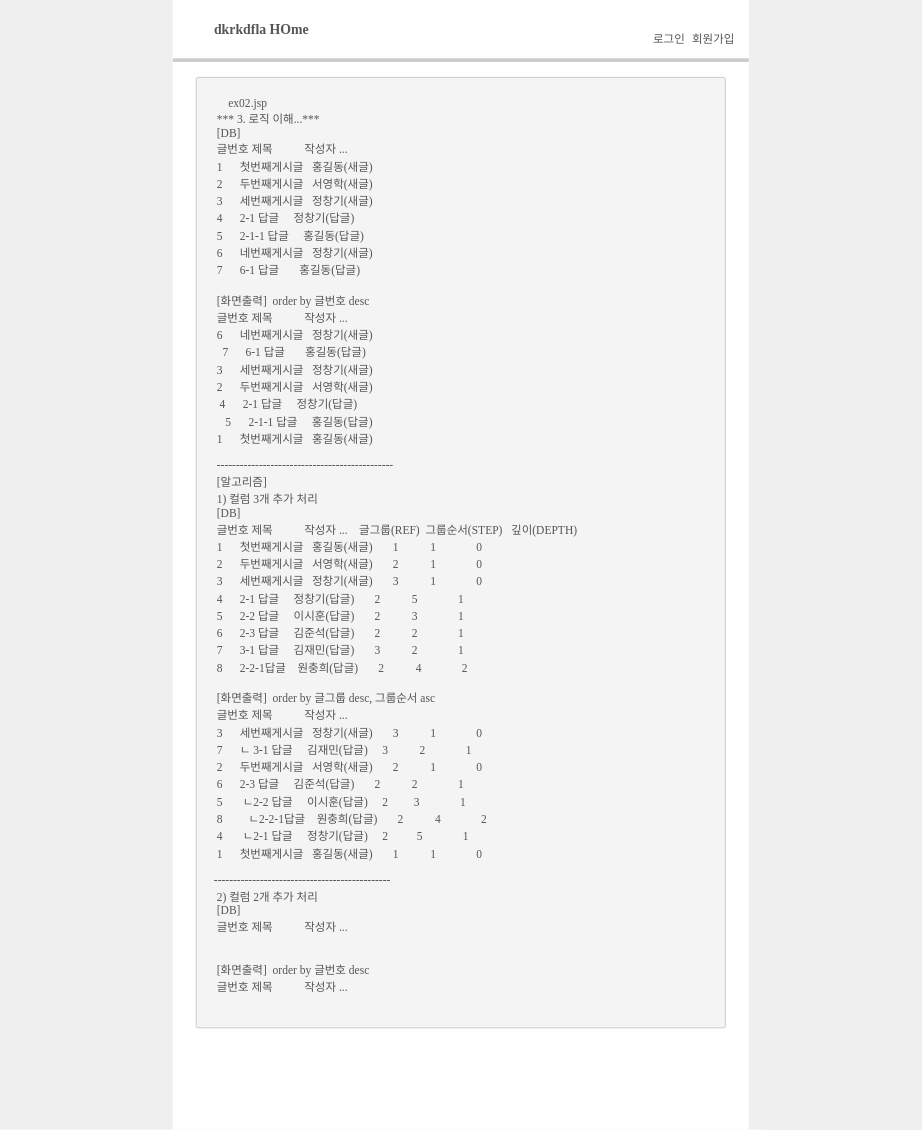
Repository: Dusajang/JSPClass
Page: http://localhost/jspPro/days11/ex02.jsp
These files come from the project's save history. The page is drawn as it stood at one moment and after the next save; the edit follows.
The browser window is 1280 px wide. The pictures show the whole page, at 72% of full size.
Some web fonts or font styles are not loaded; a fallback is used. The page is served by Tomcat 9. Other server files are loaded and not shown.

Above is the page before, as saved 2024-10-29 01:20:34.

### jspPro/src/main/webapp/days11/ex02.jsp
<%@ page contentType="text/html; charset=UTF-8" pageEncoding="UTF-8" %>
<%@ page trimDirectiveWhitespaces="true" %>
<%@ taglib prefix="c" uri="http://java.sun.com/jsp/jstl/core" %>
<!DOCTYPE html>
<html>
<head>
<meta charset="UTF-8">
<title>Insert title here</title>
<link rel="shortcut icon" type="image/x-icon" href="http://localhost/jspPro/images/SiSt.ico">
<script src="https://ajax.googleapis.com/ajax/libs/jquery/3.7.1/jquery.min.js"></script>
<meta name="viewport" content="width=device-width, initial-scale=1.0">
<link rel="stylesheet" href="http://localhost/jspPro/resources/cdn-main/example.css">
<script src="http://localhost/jspPro/resources/cdn-main/example.js"></script>
<style>
 span.material-symbols-outlined{
    vertical-align: text-bottom;
 }
</style>
</head>
<body>
<header>
  <h1 class="main"><a href="#" style="position: absolute;top:30px;">dkrkdfla HOme</a></h1>
  <ul>
    <li><a href="#">로그인</a></li>
    <li><a href="#">회원가입</a></li>
  </ul>
</header>
<div>
  <xmp class="code">
       ex02.jsp
   *** 3. 로직 이해...***
   [DB]
   글번호 제목           작성자 ...
   1      첫번째게시글   홍길동(새글)
   2      두번째게시글   서영학(새글)
   3      세번째게시글   정창기(새글)
   4      2-1 답글     정창기(답글)
   5      2-1-1 답글     홍길동(답글)
   6      네번째게시글   정창기(새글)
   7      6-1 답글       홍길동(답글)

   [화면출력]  order by 글번호 desc
   글번호 제목           작성자 ...
   6      네번째게시글   정창기(새글)
     7      6-1 답글       홍길동(답글)
   3      세번째게시글   정창기(새글)
   2      두번째게시글   서영학(새글)
    4      2-1 답글     정창기(답글)
      5      2-1-1 답글     홍길동(답글)
   1      첫번째게시글   홍길동(새글)

   ----------------------------------------------
   [알고리즘]
   1) 컬럼 3개 추가 처리
   [DB]
   글번호 제목           작성자 ...    글그룹(REF)  그룹순서(STEP)   깊이(DEPTH)
   1      첫번째게시글   홍길동(새글)       1           1              0
   2      두번째게시글   서영학(새글)       2           1              0
   3      세번째게시글   정창기(새글)       3           1              0
   4      2-1 답글     정창기(답글)       2           5              1
   5      2-2 답글     이시훈(답글)       2           3              1
   6      2-3 답글     김준석(답글)       2           2              1
   7      3-1 답글     김재민(답글)       3           2              1
   8      2-2-1답글    원충희(답글)       2           4              2

   [화면출력]  order by 글그룹 desc, 그룹순서 asc
   글번호 제목           작성자 ...
   3      세번째게시글   정창기(새글)       3           1              0
   7      ㄴ 3-1 답글     김재민(답글)     3           2              1
   2      두번째게시글   서영학(새글)       2           1              0
   6      2-3 답글     김준석(답글)       2           2              1
   5       ㄴ2-2 답글     이시훈(답글)     2         3              1
   8         ㄴ2-2-1답글    원충희(답글)       2           4              2
   4       ㄴ2-1 답글     정창기(답글)     2          5              1
   1      첫번째게시글   홍길동(새글)       1           1              0

  ----------------------------------------------
   2) 컬럼 2개 추가 처리
   [DB]
   글번호 제목           작성자 ...


   [화면출력]  order by 글번호 desc
   글번호 제목           작성자 ...

  </xmp>
</div>
</body>
</html>

### jspPro/src/main/webapp/resources/cdn-main/example.css
@charset "UTF-8";

@import url('https://fonts.googleapis.com/css2?family=Material+Symbols+Outlined:opsz,wght,FILL,GRAD@20..48,100..700,0..1,-50..200');

@font-face {
    font-family: 'GmarketSansMedium';
    src: url('https://cdn.jsdelivr.net/gh/projectnoonnu/noonfonts_2001@1.1/GmarketSansMedium.woff') format('woff');
    font-weight: normal;
    font-style: normal;
}

:root {
	--text-color: #555;
	--sub-text-color: #777;
	--back-color: #EFEFEF;
	--header-color: #444;
	--primary-color: #DEDEDE;
	--secondary-color: #EFEFEF;
	--default-width: 800px;
	--narrow-width: 500px;
	--wide-width: 1200px;
	--text-font: 'GmarketSansMedium';
	--icon-font: 'Material Symbols Outlined';
	--border-color: #CCC;
}

html, body {
	margin: 0;
	padding: 0;
}

html {
	background-color: var(--back-color);
	display: flex;
	justify-content: center;
	min-height: 100vh;
}

body, body.default {
	width: var(--default-width);
	background-color: white;
	padding-bottom: 120px;
}

body.wide {
	width: var(--wide-width);
}

body.narrow {
	width: var(--narrow-width);
}



body, p, div, span, a, input, select, option, textarea, button, table, th, td, label, fieldset, legend {
	font-family: var(--text-font);
	color: var(--text-color);
}

h1, h2, h3 {
	font-family: var(--text-font);
	color: var(--header-color);
	padding: 0 1rem;
	padding-top: .5rem;
}

div > h1, div > h2, div > h3 {
	padding: 0;
}

body > div, body > main > div {
	padding: 0.3rem 1rem;
}


h1 { font-size: 2rem; border-bottom: 1px solid var(--border-color); }
h1 small { font-size: 1.2rem; color: var(--sub-text-color); }
h2 { font-size: 1.5rem; border-bottom: 1px dashed var(--border-color); }
h2 small { font-size: 1.1rem; color: --sub-text-color; }
h3 { font-size: 1.2rem; }
h3 small { font-size: 1rem; color: --sub-text-color; }



h1.main::before {
	font-family: var(--icon-font);
  	content: '\e666';
  	margin-right: 10px;
  	float: left;
	font-size: 2.5rem;
}

h1.sub::before {
	font-family: var(--icon-font);
  	content: '\ea19';
  	margin-right: 10px;
  	float: left;
	font-size: 2.5rem;
}


h1.page::before {
	font-family: var(--icon-font);
  	content: '\e0e0';
  	margin-right: 10px;
  	float: left;
	font-size: 2.5rem;
}

body > header > ul > li > .active{
	background-color: #FFF;
	color:#F00;
}

body > header {
	display: flex;
	justify-content: space-between;
	border-bottom: 5px solid var(--border-color);
	min-height: 74px;
	background-color: #FFF;
}

body > header.sticky {
	position: sticky;
	top: 0;
	z-index: 98;
}

body > header > h1 {
	font-size: 1.2rem;
	border: 0;
}

body > header.in > h1::before {
	font-family: var(--icon-font);
  	content: '\e332‥';
  	margin-right: 3px;
  	float: left;
	font-size: 2rem;
}


body > header > ul {
	list-style-type: none;
	display: flex;
	align-items: flex-end;
	margin-right: 10px;
}

body > header > ul > li {
	margin-right: 10px;
	cursor: pointer;
}

body > header > ul > li > a {
	cursor: pointer;
}


form {
	display: block;
}

form > div {
	padding: 0.3rem 1rem;
}

div > form > div {
	padding: 0.3rem 0;
}

input, textarea, button, select {
	border: 1px solid #BBB;
	border-radius: 3px;
	outline: none;
	resize: none;
	padding: 7px;
	margin: 0;
}

input[type=text]:read-only, textarea:read-only {
	cursor: not-allowed;
	background-color: #FFF;
}

input[type=text]:disabled, textarea:disabled {
	cursor: not-allowed;
	background-color: #EEE;
}

input[type=text], input[type=password], textarea, button, select {
	/* width: 300px; */
}

textarea {
	display: block;
	height: 100px;
}

input[type=button], input[type=submit], button {
	/* width: inherit; */
}

input.short, textarea.short, button.short, select.short {
	width: 100px;
}

input.long, textarea.long, button.long, select.long {
	width: 350px;
}

.narrow input.long, .narrow textarea.long, .narrow button.long, .narrow select.long {
	width: calc(100% - 20px);
}

input.full, textarea.full, button.full, select.full {
	width: calc(100% - 20px);
}

textarea.short {
	height: 50px;
}

textarea.long {
	height: 100px;
}

textarea.full {
	height: 200px;
}

input, textarea {
	padding-top: 8px;
}

input[type=button], input[type=submit], button {
	padding: 5px 10px;
	background-color: var(--secondary-color);
	cursor: pointer;
	min-height: 36px;
}

input[type=button].primary, input[type=submit].primary, button.primary {
	/* background-color: rgba(100, 149, 237, .2); */
	background-color: var(--primary-color);
}

input[type=button].primary:hover, input[type=submit].primary:hover, button.primary:hover {
	/* background-color: rgba(100, 149, 237, .3); */
	background-color: var(--secondary-color);
}

input[type=button]:hover, input[type=submit]:hover, button:hover {
	background-color: var(--primary-color);
}

button {
	position: relative;
	left: 0;
	top: 0;
	padding-left: 35px;
}

button .material-symbols-outlined {
	position: absolute;
	left: 10px;
	top: 4px;
}

/* k2nik add */
button.login::before {
	font-family: var(--icon-font);
  	content: '\ea77';
	position: absolute;
	left: 11px;
	top: 4px;
	font-size: 1.25rem;
}

/* k2nik logout */
button.logout::before {
	font-family: var(--icon-font);
  	content: '\e9ba';
	position: absolute;
	left: 11px;
	top: 4px;
	font-size: 1.25rem;
}

/* k2nik help */
button.help::before {
	font-family: var(--icon-font);
  	content: '\f1c0';
	position: absolute;
	left: 11px;
	top: 4px;
	font-size: 1.25rem;
}

button.add::before{
	font-family: var(--icon-font);
  	content: '\e746';
	position: absolute;
	left: 11px;
	top: 4px;
	font-size: 1.25rem;
}

button.back::before {
	font-family: var(--icon-font);
  	content: '\e166';
	position: absolute;
	left: 11px;
	top: 4px;
	font-size: 1.25rem;
}

button.list::before {
	font-family: var(--icon-font);
  	content: '\e0ee';
	position: absolute;
	left: 11px;
	top: 4px;
	font-size: 1.25rem;
}


button.del::before {
	font-family: var(--icon-font);
  	content: '\e872';
	position: absolute;
	left: 11px;
	top: 4px;
	font-size: 1.25rem;
}


button.edit::before {
	font-family: var(--icon-font);
  	content: '\e745';
	position: absolute;
	left: 11px;
	top: 4px;
	font-size: 1.25rem;
}


button.login::before {
	font-family: var(--icon-font);
  	content: '\ea77';
	position: absolute;
	left: 11px;
	top: 4px;
	font-size: 1.25rem;
}


button.logout::before {
	font-family: var(--icon-font);
  	content: '\e9ba';
	position: absolute;
	left: 11px;
	top: 4px;
	font-size: 1.25rem;
}


button.in::before {
	font-family: var(--icon-font);
  	content: '\f71a';
	position: absolute;
	left: 11px;
	top: 4px;
	font-size: 1.25rem;
}


button.out::before {
	font-family: var(--icon-font);
  	content: '\f70e';
	position: absolute;
	left: 11px;
	top: 4px;
	font-size: 1.25rem;
}


button.reply::before {
	font-family: var(--icon-font);
  	content: '\e15e';
	position: absolute;
	left: 11px;
	top: 4px;
	font-size: 1.25rem;
}


button.comment::before {
	font-family: var(--icon-font);
  	content: '\e0b9';
	position: absolute;
	left: 11px;
	top: 4px;
	font-size: 1.25rem;
}


button.modal::before {
	font-family: var(--icon-font);
  	content: '\e89e';
	position: absolute;
	left: 11px;
	top: 4px;
	font-size: 1.25rem;
}


button.ok::before {
	font-family: var(--icon-font);
  	content: '\e86c';
	position: absolute;
	left: 11px;
	top: 4px;
	font-size: 1.25rem;
}


button.cancel::before {
	font-family: var(--icon-font);
  	content: '\e5c9';
	position: absolute;
	left: 11px;
	top: 4px;
	font-size: 1.25rem;
}

button.search::before {
	font-family: var(--icon-font);
  	content: '\e8b6';
	position: absolute;
	left: 11px;
	top: 4px;
	font-size: 1.25rem;
}

button.home::before {
	font-family: var(--icon-font);
  	content: '\e88a';
	position: absolute;
	left: 11px;
	top: 4px;
	font-size: 1.25rem;
}


button.sidebar::before {
	font-family: var(--icon-font);
  	content: '\f7e4';
	position: absolute;
	left: 11px;
	top: 4px;
	font-size: 1.25rem;
}


button.sidebar-right::before {
	font-family: var(--icon-font);
  	content: '\f7e5';
	position: absolute;
	left: 11px;
	top: 4px;
	font-size: 1.25rem;
}




button::before {
	font-family: var(--icon-font);
  	content: '\e323';
	position: absolute;
	left: 11px;
	top: 4px;
	font-size: 1.25rem;
}


table {
	border-collapse: collapse;
	margin: 1rem;
	box-sizing: border-box;
	width: calc(100% - 32px);
}

table.content {
	width: auto;
}

div > table {
	margin: 0;
}

table th, table td {
	border: 1px solid var(--border-color);
	padding: 7px;
	font-weight: normal;
}

table th {
	background-color: var(--back-color);
}

table.vertical th {
	width: 150px;
}

table.vertical td {
	width: calc(100% - 182px);
	padding-left: 10px;
}

table.content td, table.content th {
	width: auto;
}

body.narrow table.vertical th {
	width: 100px;
}

body.narrow table.vertical td {
	width: calc(100% - 182px);
}


table + table {
	margin-top: 30px;
}


p {
	padding: 0 1rem;
}

a {
	text-decoration: none;
}

a:hover {
	color: rgba(255, 99, 71, .7);
}

hr {
	border: 0;
	border-top: 1px solid var(--border-color);
	margin: 2rem 0;
}

.message {
	border: 1px solid var(--border-color);
	background-color: #EFEFEF;
	margin: 1rem;
	width: auto;
	padding-top: 10px;
	padding-bottom: 10px;
	font-size: 14px;
}

.message[title]::before {
	content: attr(title);
	display: block;
	border-bottom: 1px solid var(--border-color);
	padding-bottom: 5px;
	margin-bottom: 10px;
	margin-top: 7px;
}

.message.short {
	max-width: 250px;
}

.message.long {
	max-width: 500px;
}

.badge {
	float: right;
	font-size: .8rem;
	margin-top: 2px;
	margin-right: 2px;
	text-shadow: 0 0 7px gray;
}

.badge.left {
	float: none;
	margin-left: 2px;
}

.badge.right {
	float: right;
}

.badge.red {
	border-radius: 50%;
	padding: 2px 5px;
	background-color: rgb(255, 99, 71, .3);
}

.badge.yellow {

	border-radius: 50%;
	padding: 2px 5px;
	background-color: rgb(255, 215, 0, .5);
}

.badge.blue {
	border-radius: 50%;
	padding: 2px 5px;
	background-color: rgb(100, 149, 237, .3);
}

label + label {
	margin-left: 7px;
}

label input[type=checkbox], label input[type=radio] {
	transform: translate(0, 1px);
}

.group {
	display: flex;
}

.modal-content .group {
	margin-bottom: .5rem;
}

.group label {
	border: 1px solid #BBB;
	border-radius: 3px;
	outline: none;
	resize: none;
	padding: 7px 14px;
	margin: 0;
	border-top-right-radius: 0;
	border-bottom-right-radius: 0;
	background-color: #EFEFEF;
	white-space: nowrap;
	font-size: 14px;
}

.group input[type=text] {
	margin-left: -1px;
	border-top-left-radius: 0;
	border-bottom-left-radius: 0;
}

.group select {
	margin-left: -1px;
	border-top-left-radius: 0;
	border-bottom-left-radius: 0;
}

.group input.full[type=text] {
	margin-left: -1px;
	border-top-left-radius: 0;
	border-bottom-left-radius: 0;
	width: 100%;
}

.group input[type=button]:first-child, .group button:first-child {
	border-top-left-radius: 3px;
	border-bottom-left-radius: 3px;
	margin-left: 0px;
}

.group input[type=button], .group button {
	border-radius: 0;
	margin-left: -1px;
}

.group input[type=button]:last-child, .group button:last-child {
	margin-left: -1px;
	border-top-right-radius: 3px;
	border-bottom-right-radius: 3px;
}

.seperate {
	display: flex;
	justify-content: space-between;
}

div.list {
	width: max-content;
	margin: 1rem;
	border: 1px solid #BBB;
	border-radius: 3px;
	padding: 0;
}

div.list.full {
	width: auto;
	display: block;
	margin: 1rem;
	border: 1px solid #BBB;
	border-radius: 3px;
	padding: 0;
}

div.list > div {
	padding: .5rem 1rem;
	margin: 0;
	border-bottom: 1px solid #BBB;
}

div.list > div:last-child {
	border-bottom: 0;
}

pre.code , xmp.code{
	font-family: consols;
	background-color: rgba(150, 150, 150, .1);
	border: 1px solid #BBB;
	border-radius: 3px;
	padding: .5rem 1rem;
	padding-bottom: .6rem;
	margin: 1rem;
}




*[data-modal-window] {
	position: fixed;
	background-color: rgba(0, 0, 0, .3);
	left: 0;
	top: 0;
	display: none;
	justify-content: center;
	align-items: flex-start;
	width: 100%;
	min-height: 100vh;
	z-index: 100;
	opacity: 0;
	transition: 500ms all;
}

*[data-modal-window] .modal-container {
	border-radius: 5px;
	padding: 1rem;
	padding-bottom: .5rem;
	margin-top: -500px;
	opacity: 0;
	width: 500px;
	background-color: #FFF;
	margin-right: 2rem;
	transition: 500ms all;
}

*[data-modal-size=content] .modal-container {
	width: auto;
}

*[data-modal-size=narrow] .modal-container {
	width: 300px;
}

*[data-modal-size=wide] .modal-container {
	width: 760px;
}


*[data-modal-window] .modal-header {
	border-bottom: 1px solid var(--border-color);
	padding: 2px 5px;
}

*[data-modal-window] .modal-content {
	padding: 1rem 5px;
}

*[data-modal-window] .modal-content div:last-child {
	margin-top: 1rem;
	text-align: right;
}



*[data-sidebar-window] {
	position: fixed;
	background-color: #FFF;
	left: 0;
	top: 0;
	display: block;
	width: 300px;
	border-right: 1px solid var(--border-color);
	box-sizing: border-box;
	box-shadow: 0 0 3px var(--back-color);
	min-height: 100vh;
	z-index: 99;
	transform: translate(-300px, 0);
	transition-duration: 500ms;
	transition-property: transform;
}

*[data-sidebar-direction=right] {
	left: auto;
	right: 0;
	transform: translate(300px, 0);
	border-left: 1px solid var(--border-color);
}

*[data-sidebar-size=wide] {
	width: 500px;
	transform: translate(-500px, 0);
}

*[data-sidebar-window] .sidebar-title {
	border-bottom: 1px solid var(--border-color);
	margin-top: 20px;
	margin-bottom: 20px;
	padding-bottom: 5px;
	display: flex;
	justify-content: space-between;
}

*[data-sidebar-window] .sidebar-title span:last-child {
	cursor: pointer;
}


/* K2Nik pagination */
.center {
  text-align: center;
}

.pagination {
  display: inline-block;
}

.pagination a {
  color: black;
  float: left;
  padding: 3px 6px;
  text-decoration: none;
  transition: background-color .3s;
  border: 1px solid #ddd;
  margin: 0 3px;
}

.pagination a.active {
  background-color: #4CAF50;
  color: white;
  border: 1px solid #4CAF50;
}

.pagination a:hover:not(.active) {background-color: #ddd;}

### jspPro/src/main/webapp/resources/cdn-main/example.js

window.onload = () => {

    const list = document.querySelectorAll('input, textarea');

    list.forEach(item => {
        item.setAttribute('autocomplete', 'off');
    });


    const modal_btn_list = document.querySelectorAll('*[data-modal-button]');

    modal_btn_list.forEach(item => {
        item.onclick = function() {

            const name = this.dataset['modalButton'];
            const modal_window = document.querySelector('*[data-modal-window=' + name);

            const container = document.createElement('div');
            container.className = 'modal-container';



            const modal_header = document.createElement('div');
            modal_header.textContent = modal_window.dataset['modalTitle'];
            modal_header.className = 'modal-header';
            container.appendChild(modal_header);

            const modal_content = document.createElement('div');
            modal_content.className = 'modal-content';
            container.appendChild(modal_content);

            Array.from(modal_window.childNodes).forEach(item => {
                modal_content.appendChild(item);
            });

            modal_window.appendChild(container);

            modal_window.style.display = 'flex';

            setTimeout(() => {
                modal_window.style.opacity = 1;
                container.style.marginTop = '20px';
                container.style.opacity = 1;
            }, 50);


            const modal_ok = document.querySelector('*[data-modal-ok=' + name);
            modal_ok.addEventListener('click', function() {
                modal_window.style.opacity = 0;
                container.style.marginTop = '-500px';
                container.style.opacity = 0;

                setTimeout(() => {
                    modal_window.innerHTML = modal_content.innerHTML;
                    modal_window.style.display = 'none';
                }, 500);

            });

            const modal_cancel = document.querySelector('*[data-modal-cancel=' + name);
            modal_cancel.addEventListener('click', function() {

                modal_window.style.opacity = 0;
                container.style.marginTop = '-500px';
                container.style.opacity = 0;

                setTimeout(() => {
                    modal_window.innerHTML = modal_content.innerHTML;
                    modal_window.style.display = 'none';
                }, 500);
            });


        };
    });


    const sidebar_btn_list = document.querySelectorAll('*[data-sidebar-button]');

    sidebar_btn_list.forEach(item => {
        item.onclick = function() {



            const name = this.dataset['sidebarButton'];
            const sidebar_window = document.querySelector('*[data-sidebar-window=' + name);

            if (sidebar_window.style.transform == 'translate(0px, 0px)') return;



            sidebar_window.style.transform = 'translate(0, 0)';

            const sidebar_title = document.createElement('div');
            sidebar_title.className = 'sidebar-title';
            sidebar_title.innerHTML = '<span>' + sidebar_window.dataset['sidebarTitle'] + '</span><span class="material-symbols-outlined">close</span>';

            sidebar_title.children[1].onclick = function() {

                let sign = 1;
                let distance = 300;

                if (sidebar_window.dataset['sidebarDirection'] != 'right') {
                    sign = -1;
                } else {
                    sign = 1;
                }

                if (sidebar_window.dataset['sidebarSize'] != 'wide') {
                    distance = 300;
                } else {
                    distance = 500;
                }

                distance *= sign;

                sidebar_window.style.transform = 'translate(' + distance + 'px, 0)';

                setTimeout(function() {
                    sidebar_window.removeChild(sidebar_window.children[0]);
                }, 500);
            };


            sidebar_window.prepend(sidebar_title);

        }
    });

};

// window.onkeydown = function(event) {

//     if (event.keyCode == 27) {
//         if (document.querySelector('[data-modal-window').style.display == 'flex') {
//             document.querySelector('[data-modal-window').style.display = 'none';
//         }
//     }

// };

After the next save:
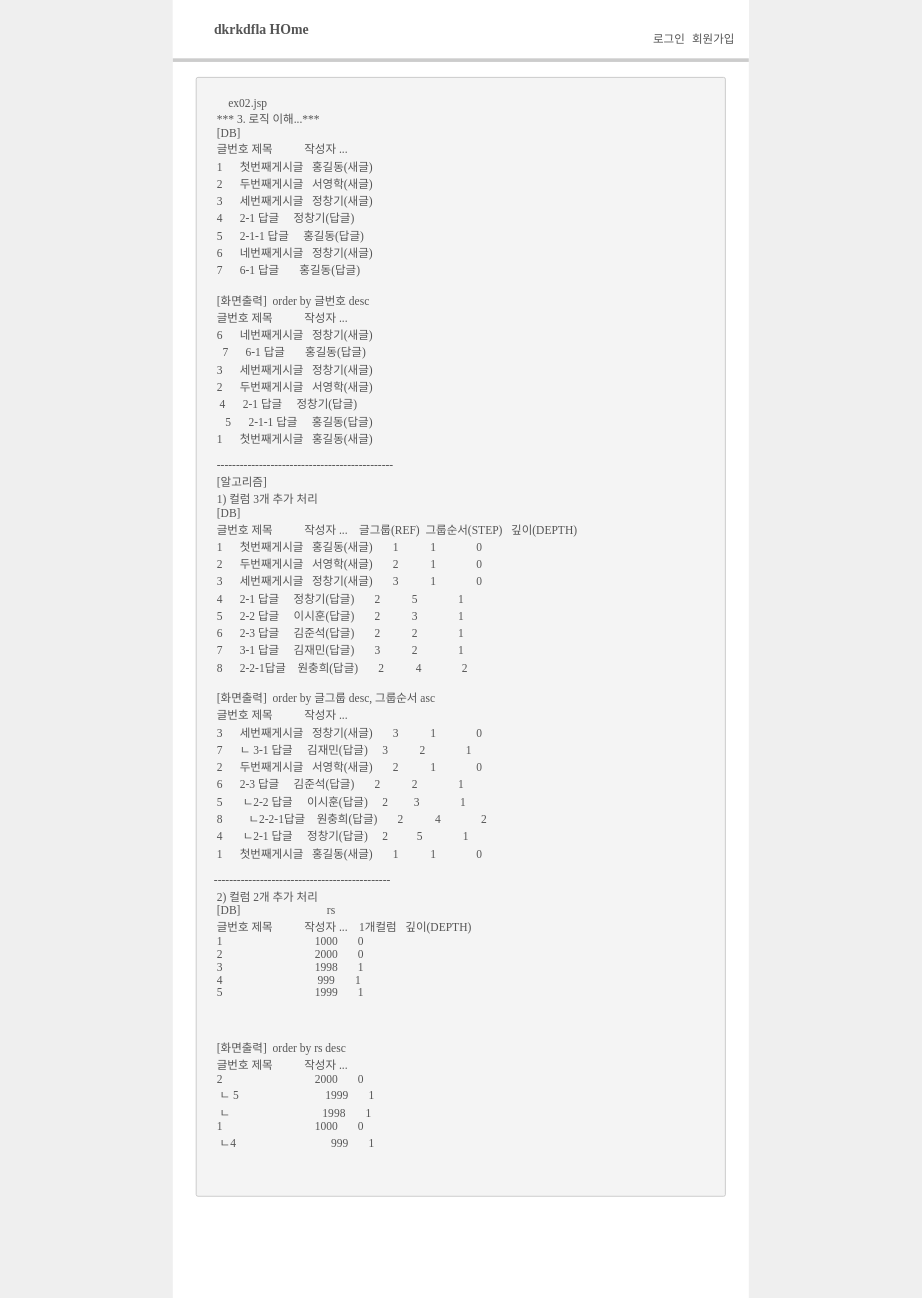
Saved 5 min 9 s later.
--- a/jspPro/src/main/webapp/days11/ex02.jsp
+++ b/jspPro/src/main/webapp/days11/ex02.jsp
@@ -76,12 +76,24 @@
 
   ----------------------------------------------
    2) 컬럼 2개 추가 처리
-   [DB]
-   글번호 제목           작성자 ...
+   [DB]                              rs
+   글번호 제목           작성자 ...    1개컬럼   깊이(DEPTH)
+   1                                1000       0
+   2                                2000       0
+   3                                1998       1
+   4                                 999       1
+   5                                1999       1
 
 
-   [화면출력]  order by 글번호 desc
+
+   [화면출력]  order by rs desc
    글번호 제목           작성자 ...
+   2                                2000       0
+    ㄴ 5                              1999       1
+    ㄴ                                1998       1
+   1                                1000       0
+    ㄴ4                                 999       1
+
 
   </xmp>
 </div>
